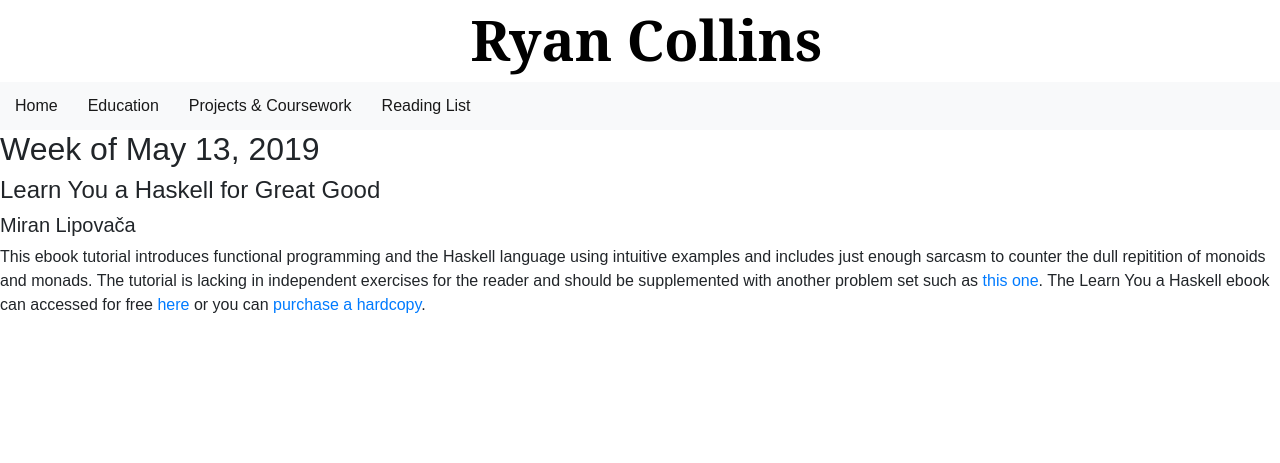
Repository: RyanMCollins/cs50
Page: pset5/homepage/readlist.html
The author's editor kept a record of every edit. The page is drawn from the files as they stood at one moment, then again after the next edit.
The browser window is 1280 px wide. The pictures show the whole page.

Above is the page before.

### pset5/homepage/readlist.html
<!DOCTYPE html>

<html lang="en">
    <head>
        <meta name="viewport" content="width=device-width, initial-scale=1, shrink-to-fit=no">
        <script src="https://code.jquery.com/jquery-3.3.1.slim.min.js" integrity="sha384-q8i/X+965DzO0rT7abK41JStQIAqVgRVzpbzo5smXKp4YfRvH+8abtTE1Pi6jizo" crossorigin="anonymous"></script>
        <script src="https://cdnjs.cloudflare.com/ajax/libs/popper.js/1.14.3/umd/popper.min.js" integrity="sha384-ZMP7rVo3mIykV+2+9J3UJ46jBk0WLaUAdn689aCwoqbBJiSnjAK/l8WvCWPIPm49" crossorigin="anonymous"></script>
        <script src="https://stackpath.bootstrapcdn.com/bootstrap/4.1.3/js/bootstrap.min.js" integrity="sha384-ChfqqxuZUCnJSK3+MXmPNIyE6ZbWh2IMqE241rYiqJxyMiZ6OW/JmZQ5stwEULTy" crossorigin="anonymous"></script>
        <link href="https://stackpath.bootstrapcdn.com/bootstrap/4.1.3/css/bootstrap.min.css" rel="stylesheet">
        <link href="styles.css" rel="stylesheet">
        <title>Reading List</title>
    </head>
    <body>
        <h1 id="site-title">
            Ryan Collins
        </h1>
        <nav class="navbar navbar-expand-lg navbar-light bg-light">

            <button class="navbar-toggler" type="button" data-toggle="collapse" data-target="#navbarSupportedContent" aria-controls="navbarSupportedContent" aria-expanded="false" aria-label="Toggle navigation">
                <span class="navbar-toggler-icon"></span>
              </button>

              <div class="collapse navbar-collapse" id="navbarSupportedContent">
                <ul class="navbar-nav mr-auto">
                  <li class="nav-item active">
                    <a class="nav-link" href="/home">Home<span class="sr-only">(current)</span></a>
                  </li>
                  <li class="nav-item active">
                    <a class="nav-link" href="/education">Education<span class="sr-only">(current)</span></a>
                  </li>
                  <li class="nav-item active">
                    <a class="nav-link" href="/projects">Projects & Coursework<span class="sr-only">(current)</span></a>
                  </li>
                  <li class="nav-item active">
                    <a class="nav-link" href="/readlist">Reading List<span class="sr-only">(current)</span></a>
                  </li>
                </ul>
              </div>
        </nav>
        <h2>
            Week of May 13, 2019
        </h2>
        <h4>
            Learn You a Haskell for Great Good
        </h4>
        <h5>
            Miran Lipovača
        </h5>
        <p>
            This ebook tutorial introduces functional programming and the Haskell language using intuitive examples and includes
            just enough sarcasm to counter the dull repitition of monoids and monads. The tutorial is lacking in independent
            exercises for the reader and should be supplemented with another problem set such as
            <a href="https://github.com/data61/fp-course">this one</a>. The Learn You a Haskell ebook can accessed for free
            <a href="http://learnyouahaskell.com/chapters">here</a> or you can
            <a href="https://nostarch.com/lyah.htm">purchase a hardcopy</a>.
        </p>
    </body>
</html>

### pset5/homepage/styles.css
body {
    font-size: 14;
    font-family: "Arial";
    min-height: 100vh;
}

#site-title {
    text-align: center;
    font-size: 350%;
    font-family: "Georgia";
    font-weight: bold;
    color: #000000;
    padding-left: 1%;
    padding-bottom: .7%;
    padding-top: .45%;
    margin: 0;
}

@media  screen and (max-width: 368px) {
    #site-title {
        font-size: 200%;
    }
}

#site-title a {
    color: inherit;
    text-decoration: none;
}

.navbar {
    padding: 0;
    /*padding: 0 1%;*/
    background-color: #eee;
}

.flex-break.flex-small {
    flex: 1;
}

.flex-break.flex-large {
    flex: 2;
}

@media  screen and (max-width: 990px) {
    .flex-break.flex-large, .flex-break.flex-small {
        justify-content: flex-start!important;
    }
}

.nav-item {
    padding: 0 5px;
    margin: 4px 2px;
}

.jumbotron {
    margin: 1% 20%;
    padding-top: 2%;
    padding-bottom: 5px;
}

.main-header {
    font-size: 200%;
    font-weight: bold;
}

.sub-division {
    border-top: solid #cccccc 2px;
    margin-top: 10px;
    margin-bottom: 10px;
    padding: 10px;
}

.sub-division-header {
    display: flex;
    padding-bottom: 15px;
}

.sub-division-title {
    font-size: 24px;
    float: left;
    margin-bottom: 0px;
    margin-top: auto;
}

.sub-division-appendice {
    font-size: 18px;
    margin-bottom: 0px;
    margin-top: auto;
}

.sub-division-appendice.date {
    margin-right: 0px;
    margin-left: auto;
}

.sub-division-author {
    font-size: 20px;
    padding-bottom: 10px;
}

After the next edit:
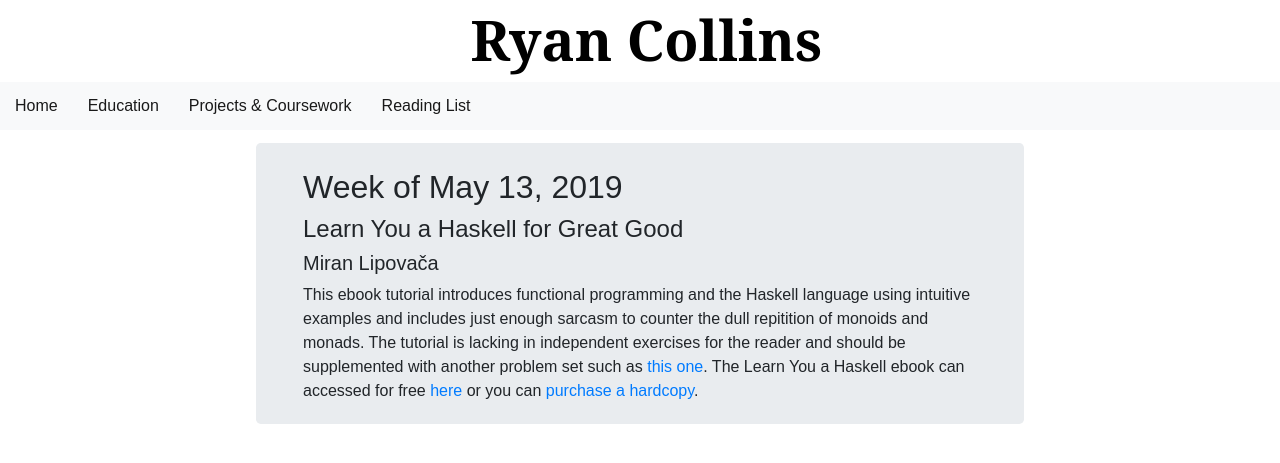
The edit:
--- a/pset5/homepage/readlist.html
+++ b/pset5/homepage/readlist.html
@@ -37,22 +37,26 @@
                 </ul>
               </div>
         </nav>
-        <h2>
-            Week of May 13, 2019
-        </h2>
-        <h4>
-            Learn You a Haskell for Great Good
-        </h4>
-        <h5>
-            Miran Lipovača
-        </h5>
-        <p>
-            This ebook tutorial introduces functional programming and the Haskell language using intuitive examples and includes
-            just enough sarcasm to counter the dull repitition of monoids and monads. The tutorial is lacking in independent
-            exercises for the reader and should be supplemented with another problem set such as
-            <a href="https://github.com/data61/fp-course">this one</a>. The Learn You a Haskell ebook can accessed for free
-            <a href="http://learnyouahaskell.com/chapters">here</a> or you can
-            <a href="https://nostarch.com/lyah.htm">purchase a hardcopy</a>.
-        </p>
+        <div class="jumbotron">
+            <div class="container">
+                <h2>
+                    Week of May 13, 2019
+                </h2>
+                <h4>
+                    Learn You a Haskell for Great Good
+                </h4>
+                <h5>
+                    Miran Lipovača
+                </h5>
+                <p>
+                    This ebook tutorial introduces functional programming and the Haskell language using intuitive examples and includes
+                    just enough sarcasm to counter the dull repitition of monoids and monads. The tutorial is lacking in independent
+                    exercises for the reader and should be supplemented with another problem set such as
+                    <a href="https://github.com/data61/fp-course">this one</a>. The Learn You a Haskell ebook can accessed for free
+                    <a href="http://learnyouahaskell.com/chapters">here</a> or you can
+                    <a href="https://nostarch.com/lyah.htm">purchase a hardcopy</a>.
+                </p>
+            </div>
+        </div>
     </body>
 </html>
